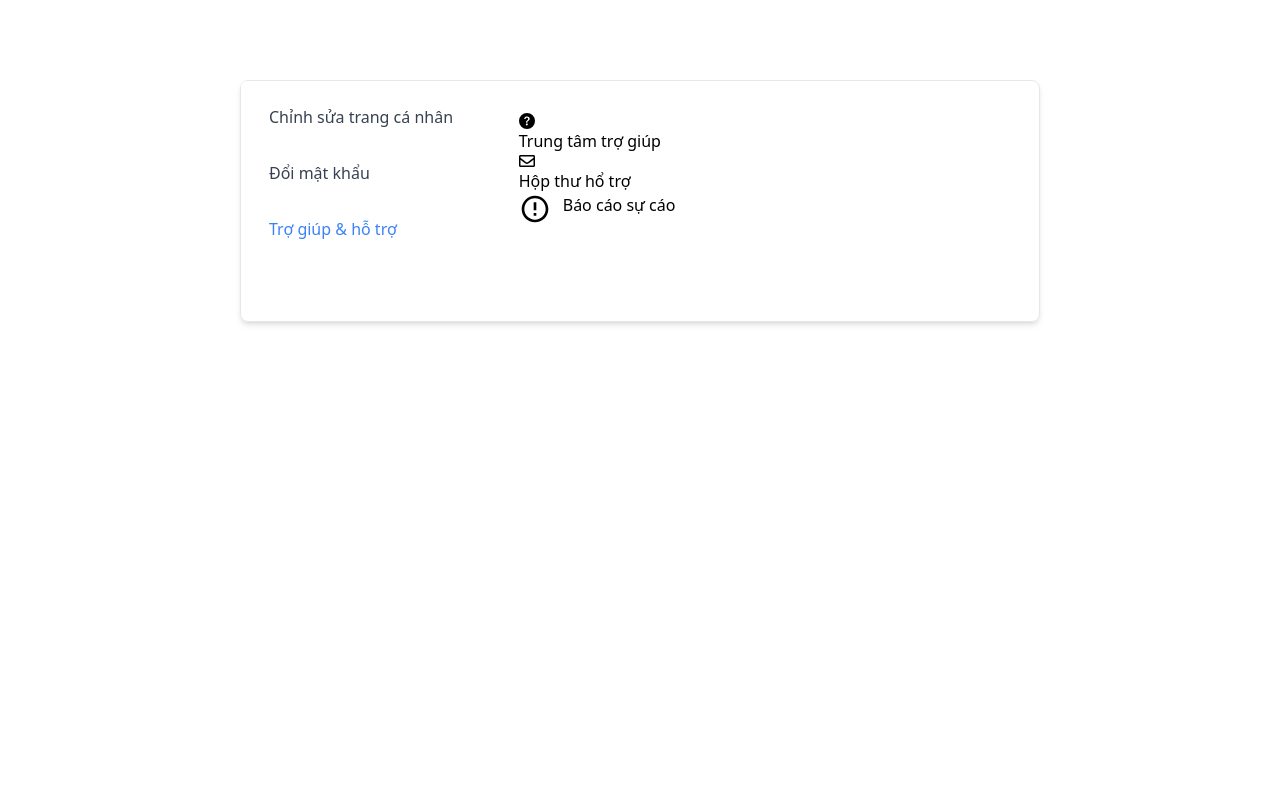
Repository: DangNgocDuong250903/2425_CS445AC_NHOM1
Page: /help (app in social_fe/)
An editor plug-in stored every save of this project. The page is shown before and after the next save, followed by the edit.
The browser window is 1280 px wide. The pictures show the whole page.
The project was rebuilt for these pictures with package versions that can differ from the ones it lists, and the page was loaded fresh each time. Also part of the build but not shown: social_fe/vite.config.js, social_fe/src/components/Button/index.jsx, social_fe/src/assets/index.js, social_fe/src/components/FriendCard/index.jsx, social_fe/src/components/Loading/index.jsx, social_fe/src/components/PostCard/index.jsx, social_fe/src/components/ProfileCard/index.jsx, social_fe/src/components/TextInput/index.jsx and 10 more.

Above is the page before, as saved 2024-11-05 21:20:21.

After the next save:
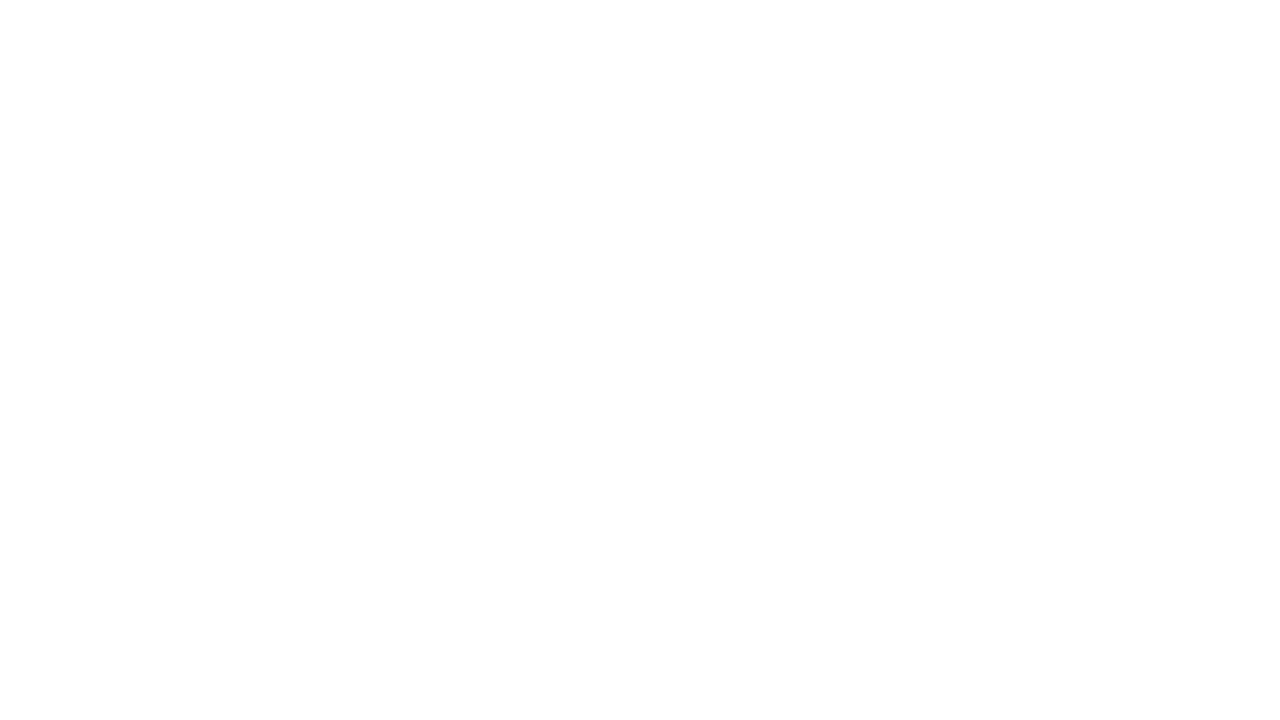
Console error: ReferenceError: FaRegEnvelope is not defined
Saved 30 s later.
--- a/social_fe/src/pages/ProfilePage/Help.jsx
+++ b/social_fe/src/pages/ProfilePage/Help.jsx
@@ -1,7 +1,7 @@
 import React, { useState } from 'react';
 import { useNavigate, Link } from 'react-router-dom';
 import { MdOutlineErrorOutline } from "react-icons/md";
-import { FaRegEnvelope } from "react-icons/fa";
+import { FaEnvelope } from "react-icons/fa6";
 import { BsFillQuestionCircleFill } from "react-icons/bs";
 
 const Help = () => {

After the save that followed:
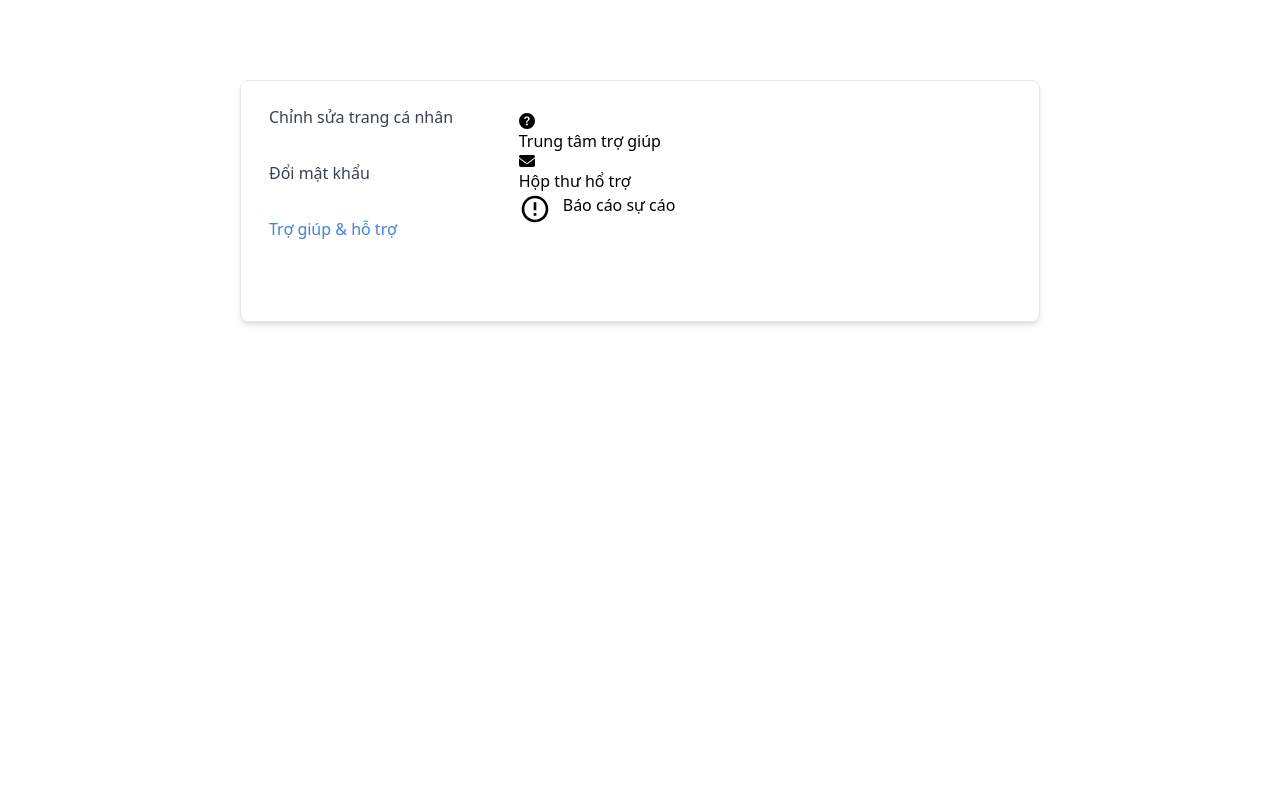
The error is gone.
Saved 9 s later.
--- a/social_fe/src/pages/ProfilePage/Help.jsx
+++ b/social_fe/src/pages/ProfilePage/Help.jsx
@@ -43,12 +43,13 @@ const Help = () => {
             </div>
             <div className="w-3/4 p-8 ">
                 <div>
-                <BsFillQuestionCircleFill />
+                    <BsFillQuestionCircleFill />
 
                     <p>Trung tâm trợ giúp</p>
                 </div>
                 <div>
-                    <FaRegEnvelope />
+                    <FaEnvelope />
+
 
                     <p>Hộp thư hổ trợ</p>
                 </div>
